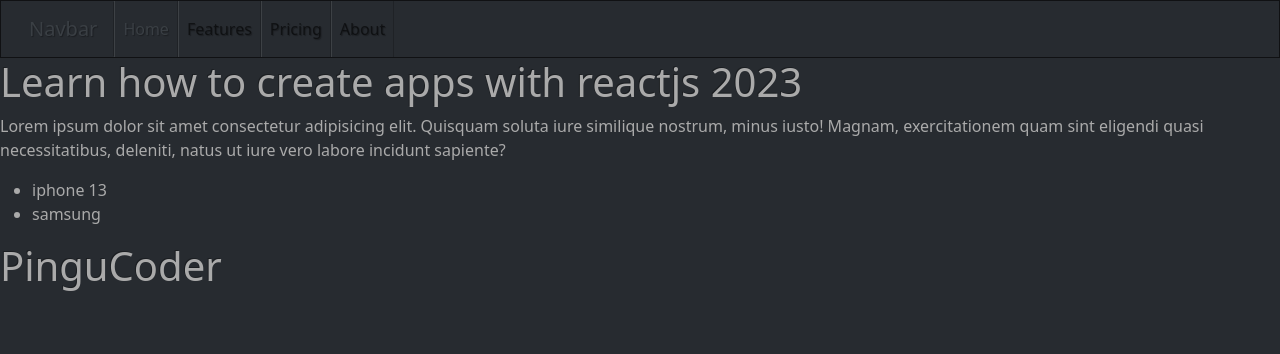
Repository: chanwarichawki/React-BC
Page: /
These files come from the project's save history. The page is drawn as it stood at one moment and after a run of saves; the edit follows.
The browser window is 1280 px wide. The pictures show the whole page.
Some web libraries are served in a nearby version. The project was rebuilt for these pictures with package versions that can differ from the ones it lists, and the page was loaded fresh each time. Also part of the build but not shown: vite.config.js.

Above is the page before, as saved 2024-01-15 15:20:14.

After the next 6 saves:
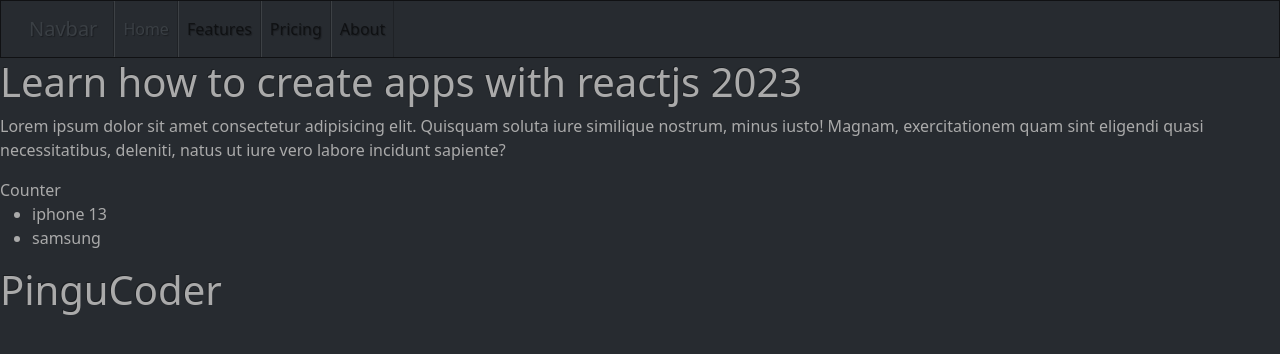
The 6 saves are shown as one change because 2 did not build or start and some came seconds apart.
The last was saved 2 min 44 s later.
--- a/src/components/Products.jsx
+++ b/src/components/Products.jsx
@@ -1,3 +1,4 @@
+import Counter from "./Counter";
 
 function Products() {
 
@@ -20,6 +21,8 @@ function Products() {
       <h1>{title}</h1>
       <p>Lorem ipsum dolor sit amet consectetur adipisicing elit. Quisquam soluta iure similique nostrum, minus iusto! Magnam, exercitationem quam sint eligendi quasi necessitatibus, deleniti, natus ut iure vero labore incidunt sapiente?</p>
 
+      <Counter />
+
       {/* {showList ? "show list of product" : "none"} */}
 
       {showList ? (
